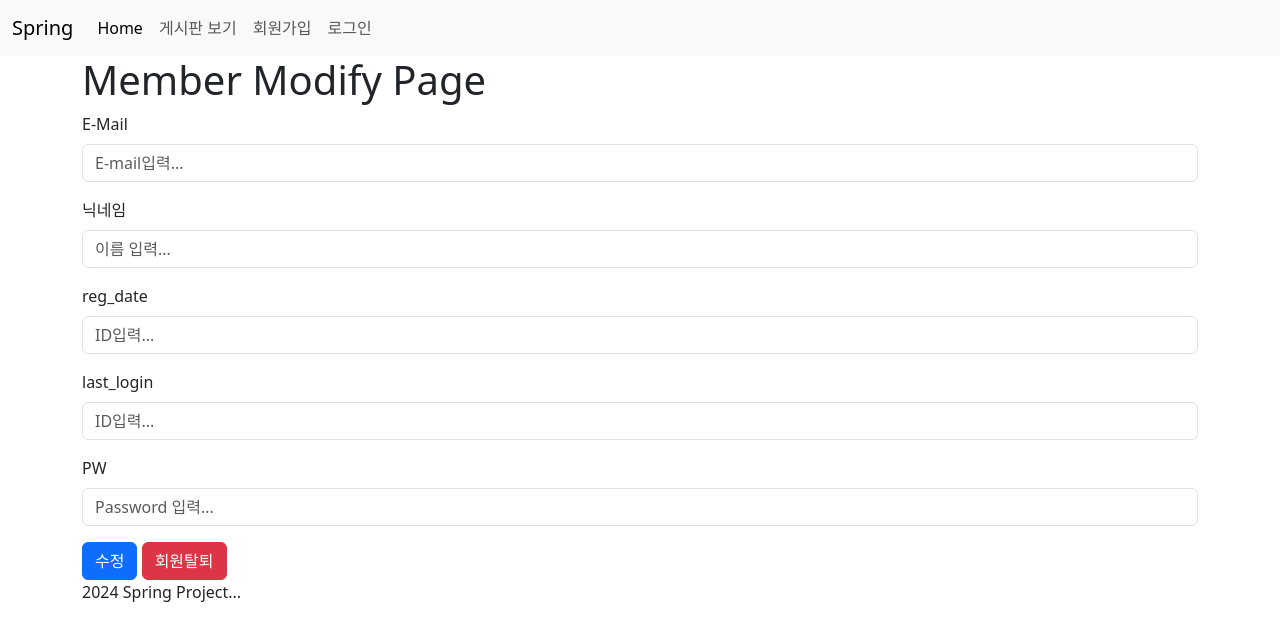
Repository: oco0217/SpringTest2
Page: http://localhost/spring_test2/WEB-INF/views/user/modify.jsp
An editor plug-in stored every save of this project. The page is shown before and after the next save, followed by the edit.
The browser window is 1280 px wide. The pictures show the whole page.
The page is served by Tomcat 9. Nobody is signed in. Other server files are loaded and not shown. The template is opened directly, without the code that normally fills it, so the values that code supplies are empty.

Above is the page before, as saved 2024-05-08 08:55:14.
Console error: TypeError: Cannot read properties of null (reading 'addEventListener')

### spring_test2/src/main/webapp/WEB-INF/views/user/modify.jsp
<%@ page language="java" contentType="text/html; charset=UTF-8"
	pageEncoding="UTF-8"%>

<jsp:include page="../layout/header.jsp" />

<div class="container-md">
	<h1>Member Modify Page</h1>

	<form action="/user/modify" method="post">


		<div class="mb-3">
			<label for="e" class="form-label">E-Mail</label> <input type="email"
				class="form-control" id="e" placeholder="E-mail입력..." name="email"
				value="${uvo.email }">
		</div>
		<div class="mb-3">
			<label for="n" class="form-label">닉네임</label> <input type="text"
				class="form-control" id="n" placeholder="이름 입력..." name="nickName"
				value="${uvo.nickName }">
		</div>
		<div class="mb-3">
			<label for="r" class="form-label">reg_date</label> <input type="text"
				class="form-control" id="r" placeholder="ID입력..." name=""
				value="${uvo.regDate }" readonly="readonly">
		</div>
		<div class="mb-3">
			<label for="l" class="form-label">last_login</label> <input
				type="text" class="form-control" id="l" placeholder="ID입력..."
				name="" value="${uvo.lastLogin }" readonly="readonly">
		</div>
		<div class="mb-3">
			<label for="p" class="form-label">PW</label> <input type="password"
				class="form-control" id="p" placeholder="Password 입력..." name="pwd">
		</div>

		<button type="submit" class="btn btn-primary">수정</button>
		<a href="/user/remove">
			<button type="button" class="btn btn-danger" onclick="removePopup()">회원탈퇴</button>
		</a>
	</form>

</div>

<jsp:include page="../layout/footer.jsp" />


<script type="text/javascript">
	function removePopup() {

		if (confirm("삭제를 정말로 하시겠습니까?")) {

		} else {
			event.preventDefault();
		}

	}
</script>

### spring_test2/src/main/webapp/WEB-INF/views/layout/header.jsp
<%@ page language="java" contentType="text/html; charset=UTF-8"
    pageEncoding="UTF-8"%>
    <%@ taglib uri="http://java.sun.com/jsp/jstl/core" prefix="c" %>
    <%@ taglib uri="http://www.springframework.org/security/tags" prefix="sec" %>
<!DOCTYPE html>
<html>
<head>
<meta charset="UTF-8">
<title>header.jsp</title>
<link href="/re/css/bootstrap.min.css" rel="stylesheet" integrity="sha384-QWTKZyjpPEjISv5WaRU9OFeRpok6YctnYmDr5pNlyT2bRjXh0JMhjY6hW+ALEwIH" crossorigin="anonymous">
<script src="/re/js/bootstrap.bundle.min.js" integrity="sha384-YvpcrYf0tY3lHB60NNkmXc5s9fDVZLESaAA55NDzOxhy9GkcIdslK1eN7N6jIeHz" crossorigin="anonymous"></script>
</head>
<body>
<nav class="navbar navbar-expand-lg bg-body-tertiary">
  <div class="container-fluid">
    <a class="navbar-brand" href="#">Spring</a>
    <button class="navbar-toggler" type="button" data-bs-toggle="collapse" data-bs-target="#navbarSupportedContent" aria-controls="navbarSupportedContent" aria-expanded="false" aria-label="Toggle navigation">
      <span class="navbar-toggler-icon"></span>
    </button>
    <div class="collapse navbar-collapse" id="navbarSupportedContent">
      <ul class="navbar-nav me-auto mb-2 mb-lg-0">
        <li class="nav-item">
          <a class="nav-link active" aria-current="page" href="/">Home</a>
        </li>
        <li class="nav-item">
          <a class="nav-link" href="/board/list">게시판 보기</a>
        </li>

        <sec:authorize access="isAnonymous()">
        <li class="nav-item">
          <a class="nav-link" href="/user/register">회원가입</a>
        </li>
         <li class="nav-item">
          <a class="nav-link" href="/user/login">로그인</a>
        </li>
        </sec:authorize>

               <!-- 권한이 있는지 확인 -->
               <!-- access에 권한이 있는지 확인 -->
               <!-- 현재 사용자의 정보 : principal객체 안에 있다. -->
        <sec:authorize access="isAuthenticated()">
        <sec:authentication property="principal.uvo.email" var="authEmail"/>
        <sec:authentication property="principal.uvo.nickName" var="authNick"/>
        <sec:authentication property="principal.uvo.authList" var="auths"/>
        <c:choose>
        	<c:when test="${auths.stream().anyMatch(authVO -> authVO.auth.equals('ROLE_ADMIN')).get()}">
         		<li class="nav-item">
          			<a class="nav-link" href="/user/list">회원리스트 ${authNick }(${authEmail } / ADMIN)</a>
        		</li>
        	</c:when>
        	<c:otherwise>
         <li class="nav-item">
          <a class="nav-link" href="/user/modify?email=${authEamil }">회원정보수정${authNick }(${authEmail })</a>
        </li>
        	</c:otherwise>
        </c:choose>
       	<li class="nav-item">
          <a class="nav-link" href="/board/register">게시판 글쓰기</a>
        </li>
         <li class="nav-item">
          <a class="nav-link" href="" id="logoutLink">로그아웃</a>
        </li>
        <form action="/user/logout" method="post" id="logoutForm">
        <!-- 인증된 계정의 이메일 -->
        <input type="hidden" name="email" value="${authEmail }">
        </form>


        </sec:authorize>




        <%--
        <c:if test="${ses ne null }">
        <li class="nav-item">
          <a class="nav-link" href="/user/logout">로그아웃</a>
        </li>
        <li class="nav-item">
          <a class="nav-link" href="/member/modify">${ses.id }(${ses.email }) Welcome!!</a>
        </li>
        </c:if> --%>
      </ul>
    </div>
  </div>
</nav>


<script type="text/javascript">

document.getElementById('logoutLink').addEventListener('click',(e)=>{
	e.preventDefault();
    document.getElementById('logoutForm').submit();

});

</script>

### spring_test2/src/main/webapp/WEB-INF/views/layout/footer.jsp
<%@ page language="java" contentType="text/html; charset=UTF-8"
    pageEncoding="UTF-8"%>

<div class="container-md">
2024 Spring Project...
</div>

</body>
</html>

Loaded but not shown: spring_test2/src/main/webapp/resources/css/bootstrap.min.css (library); spring_test2/src/main/webapp/resources/js/bootstrap.bundle.min.js (library)

After the next save:
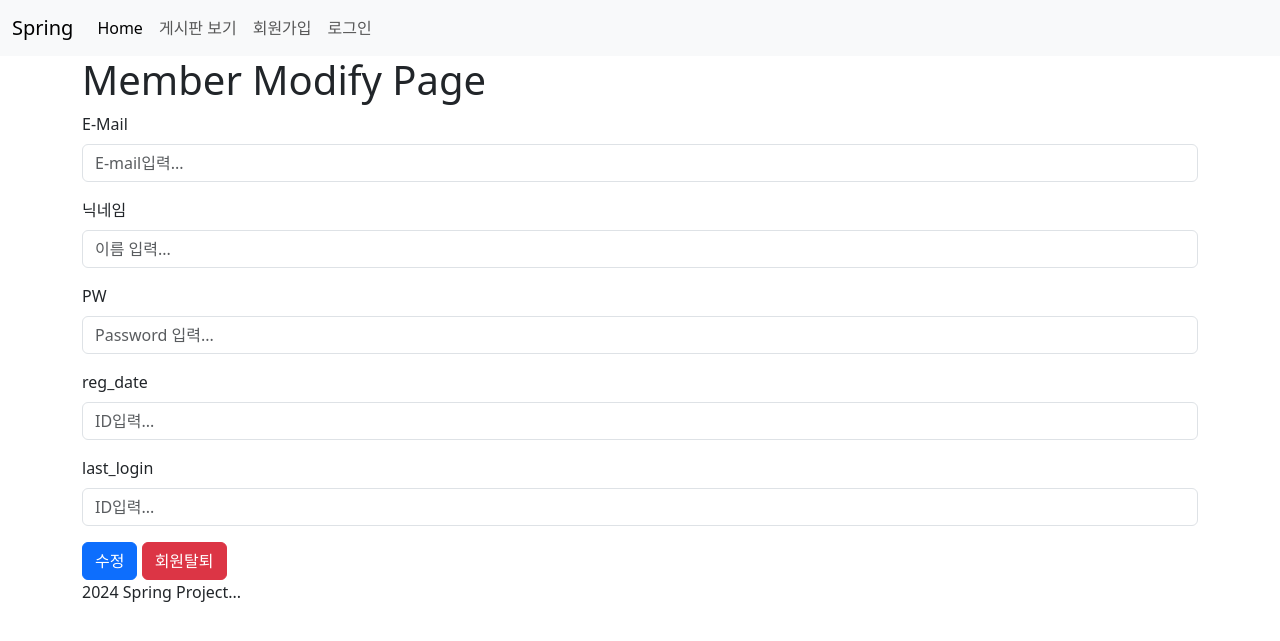
Saved 6 s later.
--- a/spring_test2/src/main/webapp/WEB-INF/views/user/modify.jsp
+++ b/spring_test2/src/main/webapp/WEB-INF/views/user/modify.jsp
@@ -20,6 +20,10 @@
 				value="${uvo.nickName }">
 		</div>
 		<div class="mb-3">
+			<label for="p" class="form-label">PW</label> <input type="password"
+				class="form-control" id="p" placeholder="Password 입력..." name="pwd">
+		</div>
+		<div class="mb-3">
 			<label for="r" class="form-label">reg_date</label> <input type="text"
 				class="form-control" id="r" placeholder="ID입력..." name=""
 				value="${uvo.regDate }" readonly="readonly">
@@ -28,10 +32,6 @@
 			<label for="l" class="form-label">last_login</label> <input
 				type="text" class="form-control" id="l" placeholder="ID입력..."
 				name="" value="${uvo.lastLogin }" readonly="readonly">
-		</div>
-		<div class="mb-3">
-			<label for="p" class="form-label">PW</label> <input type="password"
-				class="form-control" id="p" placeholder="Password 입력..." name="pwd">
 		</div>
 
 		<button type="submit" class="btn btn-primary">수정</button>
